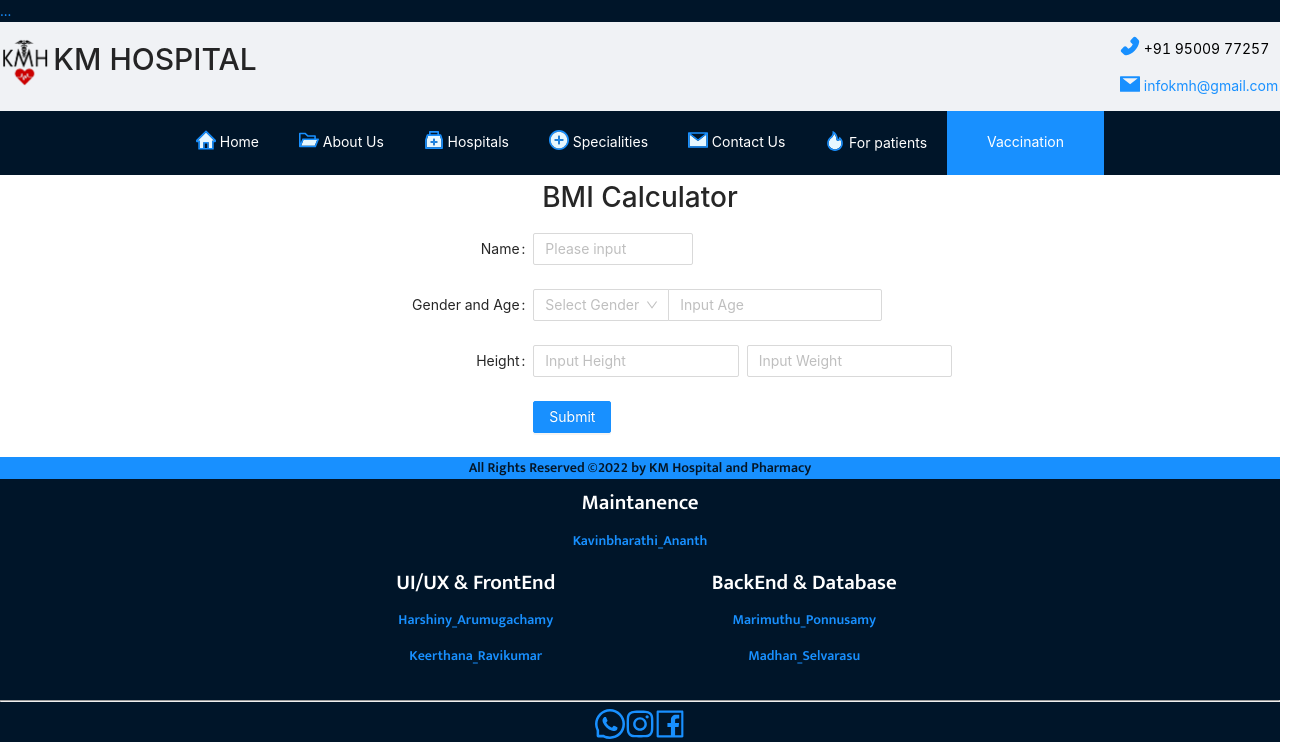
Repository: marimuthu1001/KHM-hospital
Page: /bmicalculator (app in km-hospital/)
The author's editor kept a copy of each file at every save. The page is drawn from the files as they stood at one save, then again after the next save.
The browser window is 1280 px wide. The page is 1297 px wide, so the pictures cover 1297 px, including what lies to the right of the window. The pictures show the whole page.
The project was rebuilt for these pictures with package versions that can differ from the ones it lists, and the page was loaded fresh each time. Also part of the build but not shown: km-hospital/src/Styles/ContactUs.module.css, km-hospital/src/Pages/ContactUs.jsx, km-hospital/src/Pages/AboutUS.jsx, km-hospital/src/Styles/Specialities.module.css, km-hospital/src/firebase.js, km-hospital/src/Pages/Specialities.jsx, km-hospital/src/Pages/Feedback.jsx.

Above is the page before, as saved 2022-01-25 14:19:29.

### km-hospital/public/index.html
<!DOCTYPE html>
<html lang="en">
  <head>
    <meta charset="utf-8" />
    <link rel="icon" href="%PUBLIC_URL%/favicon.ico" />
    <meta name="viewport" content="width=device-width, initial-scale=1" />
    <meta name="theme-color" content="#000000" />
    <meta
      name="description"
      content="Web site created using create-react-app"
    />
    <link rel="apple-touch-icon" href="%PUBLIC_URL%/logo192.png" />
    <!--
      manifest.json provides metadata used when your web app is installed on a
      user's mobile device or desktop. See https://developers.google.com/web/fundamentals/web-app-manifest/
    -->
    <link rel="manifest" href="%PUBLIC_URL%/manifest.json" />
    <!--
      Notice the use of %PUBLIC_URL% in the tags above.
      It will be replaced with the URL of the `public` folder during the build.
      Only files inside the `public` folder can be referenced from the HTML.

      Unlike "/favicon.ico" or "favicon.ico", "%PUBLIC_URL%/favicon.ico" will
      work correctly both with client-side routing and a non-root public URL.
      Learn how to configure a non-root public URL by running `npm run build`.
    -->
    <title>KM HOSPITAL | HOME</title>
  </head>
  <body>
    <noscript>You need to enable JavaScript to run this app.</noscript>
    <div id="root"></div>
    <!--
      This HTML file is a template.
      If you open it directly in the browser, you will see an empty page.

      You can add webfonts, meta tags, or analytics to this file.
      The build step will place the bundled scripts into the <body> tag.

      To begin the development, run `npm start` or `yarn start`.
      To create a production bundle, use `npm run build` or `yarn build`.
    -->
  </body>
</html>

### km-hospital/src/index.js
import React from 'react';
import ReactDOM from 'react-dom';
import 'antd/dist/antd.min.css'
import './index.css'
import App from './App';


ReactDOM.render(
  <React.StrictMode>
    <App />
  </React.StrictMode>,
  document.getElementById('root')
);

### km-hospital/src/index.css
@import '~antd/dist/antd.css';

.ant-menu:not(.ant-menu-horizontal) .ant-menu-item-selected {
	background: transparent;
}

.ant-menu{
    background: red;
    }

### km-hospital/src/App.js
import Nav from  './components/Nav'
import Footer from './components/Footer'
import ContactUs from './Pages/ContactUs'
import AboutUs from './Pages/AboutUS'
import Specialities from './Pages/Specialities'
import BmiCalculator from './Pages/For Patients/Bmi_Calculator'
import {BrowserRouter as Router, Route,Routes} from 'react-router-dom'

import Feedback from './Pages/Feedback'

function App() {
  return (
    <Router>
        <div className="App">
          <Nav/>
          <Routes>
            <Route exact path="/contactus" element={<ContactUs/>}/>
            <Route exact path="/aboutus" element={<AboutUs/>}/>
            <Route exact path="/specialities" element={<Specialities/>}/>
            <Route exact path="/bmicalculator" element={<BmiCalculator/>}/>
            <Route exact path="/feedback" element={<Feedback/>}/>
          </Routes>

          <Footer/>
        </div>
    </Router>

  );
}

export default App;

### km-hospital/src/components/Nav.jsx
import React from 'react'

import Styles from '../Styles/Nav.module.css'
import { Layout, Menu, Dropdown,Row,Col } from 'antd';
import Logo from '../Images/Logo.png'

import {HomeTwoTone,
    FolderOpenTwoTone,
    MedicineBoxTwoTone,
    PlusCircleTwoTone,
    FireTwoTone ,
    MailTwoTone,
    PhoneFilled,
    MailFilled,

    } from '@ant-design/icons'

function Nav() {
  const menu = (
    <Menu>

            <Menu.Item key="1">Covid Dose</Menu.Item>
            <Menu.Item key="2">Covid Booster</Menu.Item>
            <Menu.Item key="3">Polio Vaccine</Menu.Item>
            <Menu.Item key="4">Chicken pox Vaccine</Menu.Item>
      </Menu>
  )
const patients = (
  <Menu>
          <Menu.Item key="1">Health Checkup Package</Menu.Item>
          <Menu.Item key="2">Medicines</Menu.Item>
          <Menu.Item key="3">Symptoms</Menu.Item>
          <Menu.Item key="4">Procedurs</Menu.Item>
          <a href="bmicalculator"><Menu.Item key="5">BMI Calculator</Menu.Item></a>

    </Menu>

  )

  const { Header} = Layout;
    return (

      <Layout>
        <p className={Styles.line}>...</p>
        <div className={Styles.head} >
            <Row gutters={[16,16]}>
              <Col md={{span:2}} lg={{span:1}}>
              <div className="logo">
              <img src={Logo} alt="Logo" widht={50} height={50}/>
            </div>
              </Col>
              <Col md={{span:6}} lg={{span:4}}>
              <h1>KM HOSPITAL</h1>
              </Col>
              <Col md={{span:8}} lg={{span:16}}></Col>
              <Col md={{span:5}} lg={{span:3}}>
              <div className={Styles.contactHead}>
                <p style={{color:'black'}}><PhoneFilled  style= {{ fontSize: '20px',color: '#1890ff'  }} />&nbsp;+91 95009 77257</p>
                <p><a href="mailto:infokmh@gmail.com"><MailFilled style= {{ fontSize: '20px',color: '#1890ff'  }} />&nbsp;infokmh@gmail.com</a></p>
               </div>
              </Col>
            </Row>
        </div>



      <Header className="header">
      <div className="menubar">
        <Menu style={{
            position: 'relative',
            display: 'flex',
            justifyContent: 'center',

        }} theme="dark" mode="horizontal" defaultSelectedKeys={['1']}>
     <a href="/">
          <Menu.Item key="7"><HomeTwoTone style={{fontSize:20}}/>&nbsp;Home</Menu.Item>
     </a>
     <a href="/aboutus">
          <Menu.Item key="2"><FolderOpenTwoTone style={{fontSize:20}}/>&nbsp;About Us</Menu.Item>
     </a>
     <a href="/">
          <Menu.Item key="3"><MedicineBoxTwoTone style={{fontSize:20}}/>&nbsp;Hospitals</Menu.Item>
     </a>
     <a href="/specialities">
          <Menu.Item key="4"><PlusCircleTwoTone style={{fontSize:20}}/>&nbsp;Specialities</Menu.Item>
     </a>
     <a href="/contactus">
          <Menu.Item  key="6"> <MailTwoTone style={{fontSize:20}}/>&nbsp;Contact Us</Menu.Item>
     </a>
          <Dropdown  overlay={patients} placement="topCenter">
              <Menu.Item key="5"><FireTwoTone style={{fontSize:20}}/>&nbsp;For patients</Menu.Item>
          </Dropdown>

          <Menu.Item key="1">
          <Dropdown  overlay={menu} placement="topCenter">
                    <Menu.Item>Vaccination</Menu.Item>
          </Dropdown>
          </Menu.Item>


        </Menu>  </div>
      </Header>


        </Layout>


    )
}

export default Nav

### km-hospital/src/components/Footer.jsx
import React from 'react'
import Styles from '../Styles/Footer.module.css'
import { Row, Col } from 'antd';
import {WhatsAppOutlined,
    InstagramOutlined,
    FacebookOutlined} from '@ant-design/icons'
function Footer() {
    return (
        <div  >
            <div className={Styles.footer}>


                <div className={Styles.footerContent}>
                    <div sm={1}  md={6} lg={8}  className={Styles.footerTitle}>
                        <h4>All Rights Reserved &copy;2022 by KM Hospital and Pharmacy</h4>
                    </div>


                <div className={Styles.maintain}>
                    <h2>Maintanence</h2>
                    <p>Kavinbharathi_Ananth</p>
                </div>

                <Row className={Styles.design} gutter={[34, 18]}>
                <Col xs={24} md={6}/>
                    <Col xs={24} md={6}>
                        <div>
                            <h2 className={Styles.headDecoration}>UI/UX & FrontEnd</h2>
                            <div className={Styles.decoration}>
                                <p>Harshiny_Arumugachamy</p>
                                <p>Keerthana_Ravikumar</p>
                            </div>
                        </div>
                    </Col>
                    <Col xs={24} md={6}>
                        <div>
                        <h2 className={Styles.headDecoration}>BackEnd & Database</h2>
                            <div className={Styles.decoration}>
                                <p>Marimuthu_Ponnusamy</p>
                                <p>Madhan_Selvarasu</p>
                            </div>
                        </div>
                    </Col>
                    <Col xs={24} md={6}/>
                        <Col sm={{ span: 5, offset: 0 }} md={{ span: 5, offset: 0 }} lg={{ span: 6, offset:0  }}> </Col>
                </Row>


<hr/>


                <Row  className={Styles.social}>
                    <Col sm={{span:2}} md={{span:8}} lg={{span:8}}><WhatsAppOutlined style={{fontSize: '30px' }} /></Col>
                    <Col sm={{span:2}} md={{span:8}} lg={{span:8}}><InstagramOutlined style={{fontSize: '30px' }} /></Col>
                    <Col sm={{span:2}} md={{span:8}} lg={{span:8}}><FacebookOutlined style={{fontSize: '30px' }} /></Col>
                </Row>
            </div>
        </div>
        </div>
    )
}

export default Footer

### km-hospital/src/Pages/For Patients/Bmi_Calculator.jsx
import React from 'react'
import { Helmet,HelmetProvider } from 'react-helmet-async';
import { Form, Input, Select, Tooltip, Button, Space, Typography } from 'antd';


function Bmi_Calculator() {
        const { Option } = Select;
        const onFinish = values => {
        console.log('Received values of form: ', values);
  };
    return (

        <div>

             <HelmetProvider>
                    <Helmet>
                        <title>KM Hospital | BMI Calculator</title>
                    </Helmet>
             </HelmetProvider>

             <div >
                <h1 style={{textAlign: 'center'}}>BMI Calculator</h1>
            </div>



            <Form name="complex-form" onFinish={onFinish} labelCol={{ span: 10 }} wrapperCol={{ span: 8 }}>
                <Form.Item label="Name">
                    <Space>
                    <Form.Item
                        name="username"
                        noStyle
                        rules={[{ required: true, message: 'Username is required' }]}
                    >
                        <Input style={{ width: 160 }} placeholder="Please input" />
                    </Form.Item>
                    </Space>
                </Form.Item>
                <Form.Item label="Gender and Age">
                    <Input.Group compact>
                    <Form.Item
                        name={['Male', 'Female']}
                        noStyle
                        rules={[{ required: true, message: 'Gender is required' }]}
                    >
                        <Select placeholder="Select Gender">
                        <Option value="Male">Male</Option>
                        <Option value="Female">Female</Option>
                        </Select>
                    </Form.Item>
                    <Form.Item
                        name={'age'}
                        noStyle
                        rules={[{ required: true, message: 'Street is required' }]}
                    >
                        <Input style={{ width: '50%' }} placeholder="Input Age" />
                    </Form.Item>
                    </Input.Group>
                </Form.Item>
                <Form.Item label="Height" style={{ marginBottom: 0 }}>
                    <Form.Item
                    name="height"
                    rules={[{ required: true }]}
                    style={{ display: 'inline-block', width: 'calc(50% - 8px)' }}
                    >
                    <Input placeholder="Input Height" />
                    </Form.Item>
                    <Form.Item
                    name="Weight"
                    rules={[{ required: true }]}
                    style={{ display: 'inline-block', width: 'calc(50% - 8px)', margin: '0 8px' }}
                    >
                    <Input placeholder="Input Weight" />
                    </Form.Item>
                </Form.Item>
                <Form.Item label=" " colon={false}>
                    <Button type="primary" htmlType="submit">
                    Submit
                    </Button>
                </Form.Item>
                </Form>

        </div>
    )
}

export default Bmi_Calculator

### km-hospital/src/Styles/Nav.module.css
*{
    margin-top:0px;
}
.line{
    background-color:#001529;
    color:#1890ff;
}
.head h1{
    font-size: 30px;
}
.menubar .Menu.item{
    margin-left:20%;
}
a{
    text-decoration: none;
}
a:hover{
    background-color:#1890ff;
}

### km-hospital/src/Styles/Footer.module.css
@import url('https://fonts.googleapis.com/css2?family=Mukta:wght@600&display=swap');
.footer{
    background-color:#001529;
    font-family: 'Mukta', sans-serif;
    color:#1890ff;
    position:relative;
    text-align:center
}
.footer h2{
    color:#ffffff
}
.footer .footerTitle{
    color:rgb(255, 255, 255);
    background-color:#1890ff
}
.footer .social{
    text-align:center;
    display:inline-flex;
}
.social li{
    list-style-type: none;
}
.decoration{
    list-style-type:none;
    text-align:center
}
.headDecoration{
    text-align:center
}

After the next save:
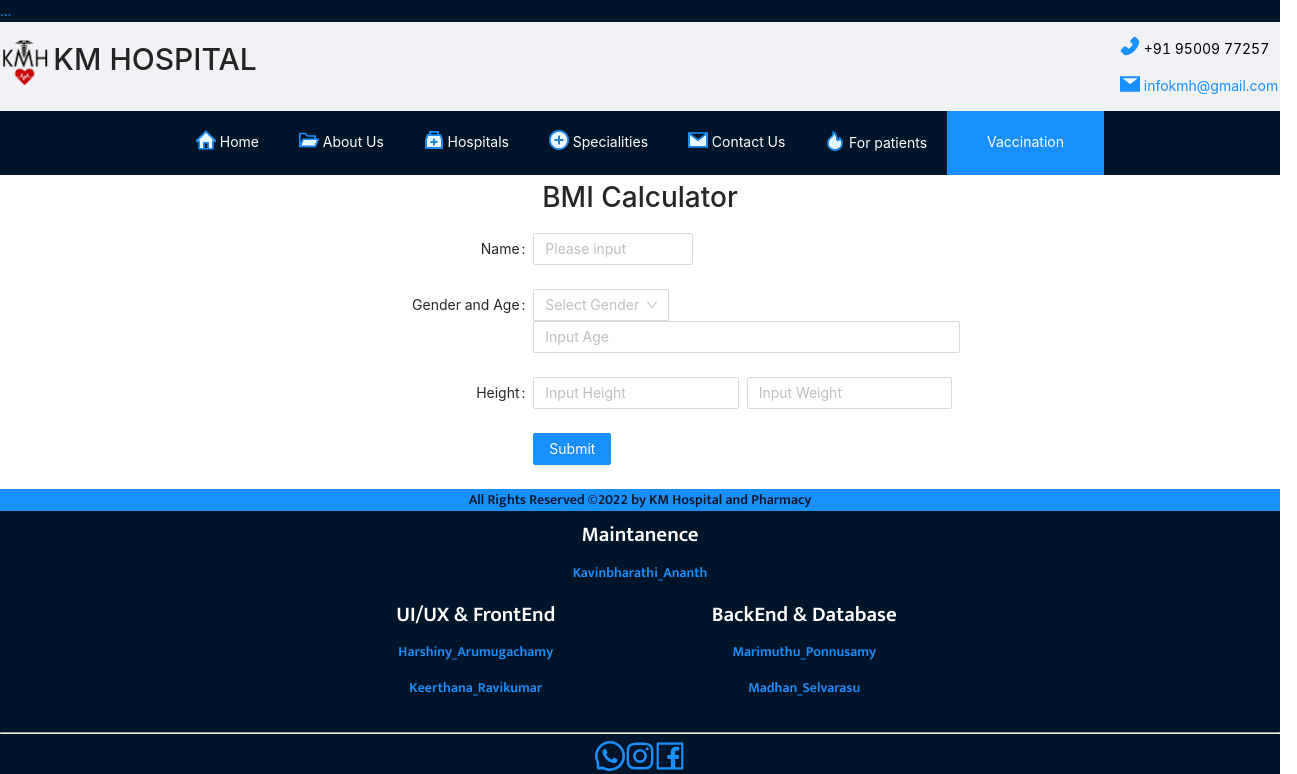
Saved 33 s later.
--- a/km-hospital/src/Pages/For Patients/Bmi_Calculator.jsx
+++ b/km-hospital/src/Pages/For Patients/Bmi_Calculator.jsx
@@ -53,7 +53,7 @@
                         noStyle
                         rules={[{ required: true, message: 'Street is required' }]}
                     >
-                        <Input style={{ width: '50%' }} placeholder="Input Age" />
+                        <Input  placeholder="Input Age" />
                     </Form.Item>
                     </Input.Group>
                 </Form.Item>

After the save that followed:
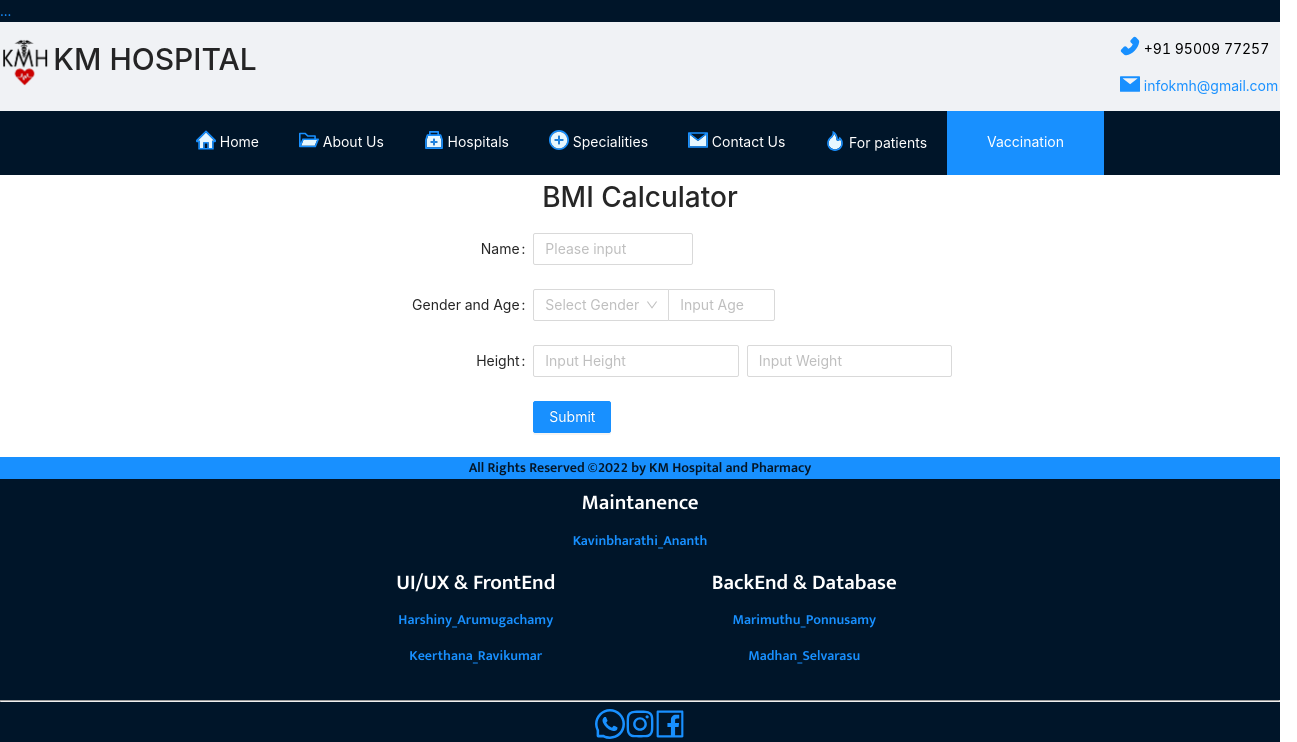
Saved 8 s later.
--- a/km-hospital/src/Pages/For Patients/Bmi_Calculator.jsx
+++ b/km-hospital/src/Pages/For Patients/Bmi_Calculator.jsx
@@ -53,7 +53,7 @@
                         noStyle
                         rules={[{ required: true, message: 'Street is required' }]}
                     >
-                        <Input  placeholder="Input Age" />
+                        <Input style={{ width: '25%' }} placeholder="Input Age" />
                     </Form.Item>
                     </Input.Group>
                 </Form.Item>
